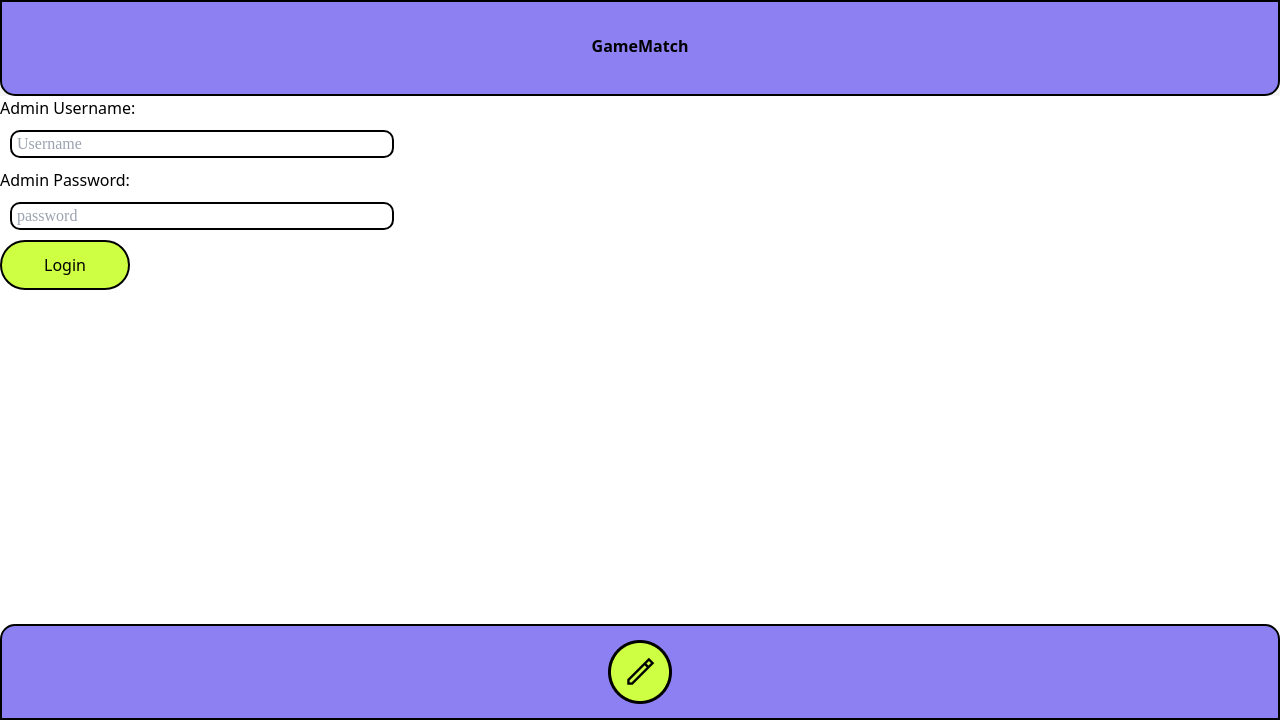
Repository: Yahya9102/Java22-ux22-Sideproject-main
Page: /admin
An editor plug-in stored every save of this project. The page is shown before and after the next save, followed by the edit.
The browser window is 1280 px wide. The pictures show the whole page.
The page's requests for data from a server got no answer. The project was rebuilt for these pictures with package versions that can differ from the ones it lists, and the page was loaded fresh each time. The framework's server and built-in components were replaced by stand-ins that run in the browser. No one was signed in, and anything a server would have sent is missing. Also part of the build but not shown: next.config.js.

Above is the page before, as saved 2023-05-04 13:29:21.

### pages/admin.tsx
import { NextPage } from "next"
import Header from "@/p-components/header"
import AdminPage from "@/p-components/AdminPage"
import MainFooter from "@/p-components/MainFooter"
import { User } from "@/types/users"

const Admin: NextPage<User> = ({}) => {
  return (
    <div>
      <Header />
      <AdminPage />
      <MainFooter />
    </div>
  )
}

export default Admin

### styles/globals.css
@tailwind base;
@tailwind components;
@tailwind utilities;

/* @import url("https://fonts.googleapis.com/css2?family=Space+Grotesk:wght@400;500;600;700&display=swap");
@import url("https://fonts.googleapis.com/css2?family=Space+Mono&display=swap");
@import url("https://fonts.googleapis.com/css2?family=Roboto+Condensed:wght@400;700&display=swap"); */

### p-components/header.tsx
import { NextPage } from "next"
import Image from "next/image"
import styles from "./styles/header.module.css"
// import "../media/hamburger-menu.png"

interface Props {}

const Header: NextPage<Props> = ({}) => {
  return (
    <div className={styles.header_background}>
      <header className={styles.header_body}>
        <div className={styles.menu_title}>
          <h1>
            <strong>GameMatch</strong>
          </h1>
        </div>
      </header>
    </div>
  )
}

export default Header

### p-components/AdminPage.tsx
import { NextPage } from "next"
import style from "p-components/styles/adminPage.module.css"
import { useEffect, useState } from "react"
import { User } from "@/types/users"
import router from "next/router"
import Breaks from "./breaks"
import styles from "p-components/styles/playerInfo.module.css"

const AdminPage: NextPage = () => {
  const [users, setUsers] = useState<User[]>([])
  const [selectedUser, setSelectedUser] = useState<User | null>(null)

  const ADMIN_USERNAME = process.env.NEXT_PUBLIC_ADMIN_USERNAME
  const ADMIN_PASSWORD = process.env.NEXT_PUBLIC_ADMIN_PASSWORD

  const [adminCredentials, setAdminCredentials] = useState({
    username: "",
    password: "",
  })

  const handleEditButtonClick = (user: User) => {
    setSelectedUser(user)
  }

  const handleLoginClick = () => {
    if (
      adminCredentials.username === ADMIN_USERNAME &&
      adminCredentials.password === ADMIN_PASSWORD
    ) {
      setShowForm(true)
      hideLoging()
    } else {
      alert("Invalid admin username or password")
    }
  }

  useEffect(() => {
    async function fetchData() {
      try {
        const response = await fetch("/api")
        const data = await response.json()
        if (Array.isArray(data)) {
          setUsers(data)
        } else {
          console.log("Data is not an array:", data)
        }
      } catch (error) {
        console.error("Error fetching data:", error)
      }
    }
    fetchData()
  }, [])

  const handleDeleteClick = async (id: string) => {
    const shouldDelete = window.confirm(
      "Are you sure you want to delete this user?"
    )
    console.log(id)
    if (shouldDelete) {
      try {
        const response = await fetch(`/api/deleteUser?id=${id}`, {
          method: "DELETE",
        })
        if (!response.ok) {
          throw new Error("Failed to delete user")
        }
        router.reload()
      } catch (error) {
        console.error("Error deleting user:", error)
      }
    }
  }

  const [editValues, setEditValues] = useState({
    id: "",
    name: "",
    location: "",
    title: "",
    post: "",
    discord: "",
  })

  //this is for the playerinfos below
  const [showForm, setShowForm] = useState(false)

  // this is for the loging to dissappear
  const [showLogin, setShowLogin] = useState(true)

  const hideLoging = () => {
    setShowLogin(false)
  }

  const handleChangeClick = async (user: User) => {
    setEditValues({
      id: user._id,
      name: user.name,
      location: user.location,
      title: user.title,
      post: user.post,
      discord: user.discord,
    })
    setShowForm(true)
  }
  const handleEditSubmit = async (_id: string, user: User) => {
    console.log(_id)
    try {
      const { name, location, title, post, discord } = editValues

      // Create an object with only the new values
      const userToUpdate: Partial<User> = {}
      if (name) userToUpdate.name = name
      if (location) userToUpdate.location = location
      if (title) userToUpdate.title = title
      if (post) userToUpdate.post = post
      if (discord) userToUpdate.discord = discord

      console.log(_id)
      const response = await fetch(
        `http://localhost:3000/api/editUser?id=${_id}`,
        {
          method: "PATCH",
          headers: {
            "Content-Type": "application/json",
          },
          body: JSON.stringify(userToUpdate),
        }
      )

      if (!response.ok) {
        throw new Error("Failed to edit user")
      }
      setShowForm(false)
      setSelectedUser(null)
      router.reload()
    } catch (error) {
      console.error("Error editing user:", error)
    }
  }

  return (
    <div>
      {showLogin && (
        <div>
          <fieldset>
            <label htmlFor="adminUsername">Admin Username:</label>
            <br />
            <input
              className={style.input_fields}
              type="text"
              name="adminUsername"
              id="adminUsername"
              value={adminCredentials.username}
              onChange={(e) =>
                setAdminCredentials({
                  ...adminCredentials,
                  username: e.target.value,
                })
              }
              placeholder="Username"
            />
            <br />
            <label className={style.label} htmlFor="adminPassword">
              Admin Password:
            </label>
            <br />
            <input
              className={style.input_fields}
              type="password"
              name="adminPassword"
              id="adminPassword"
              value={adminCredentials.password}
              onChange={(e) =>
                setAdminCredentials({
                  ...adminCredentials,
                  password: e.target.value,
                })
              }
              placeholder="password"
            />
            <br />
            <button
              className={styles.createpost_button}
              onClick={handleLoginClick}
            >
              Login
            </button>
          </fieldset>
        </div>
      )}

      {showForm &&
        Array.isArray(users) &&
        users.map((user) => (
          <fieldset
            className={style.fieldset_body}
            key={JSON.stringify(user._id)}
          >
            <table>
              <thead>
                <tr>
                  <th className={styles.tableHeader_PlayerInfo}>
                    {user.name}
                    <h6 className={styles.user_location}> {user.location}</h6>
                  </th>
                </tr>
              </thead>
              <tbody>
                {editValues.id === user._id ? (
                  <>
                    <tr>
                      <td>
                        <br />
                        <label htmlFor="name">Name</label>
                        <br />
                        <input
                          type="text"
                          name="name"
                          id="name"
                          value={editValues.name}
                          onChange={(e) =>
                            setEditValues({
                              ...editValues,
                              name: e.target.value,
                            })
                          }
                          className={style.input_fields}
                        />
                        <h6 className={styles.user_location}>
                          <label htmlFor="location">Location</label> <br />
                          <input
                            type="text"
                            name="location"
                            id="location"
                            value={editValues.location}
                            onChange={(e) =>
                              setEditValues({
                                ...editValues,
                                location: e.target.value,
                              })
                            }
                            className={style.input_fields}
                          />
                        </h6>
                      </td>
                    </tr>
                    <tr>
                      <td>
                        <label htmlFor="title">Title</label>
                        <br />
                        <input
                          type="text"
                          name="title"
                          id="title"
                          value={editValues.title}
                          onChange={(e) =>
                            setEditValues({
                              ...editValues,
                              title: e.target.value,
                            })
                          }
                          className={style.input_fields}
                        />
                        <br />
                        <textarea
                          name="post"
                          id="post"
                          value={editValues.post}
                          onChange={(e) =>
                            setEditValues({
                              ...editValues,
                              post: e.target.value,
                            })
                          }
                          className={style.input_fields}
                        ></textarea>
                      </td>
                    </tr>
                    <tr>
                      <td>
                        <div>
                          <nav>
                            <br />
                            <h2 className={styles.playerInfo_h2}>Contact</h2>
                            <br />
                            <label htmlFor="discord">Discord</label>
                            <br />
                            <input
                              type="text"
                              name="discord"
                              id="discord"
                              value={editValues.discord}
                              onChange={(e) =>
                                setEditValues({
                                  ...editValues,
                                  discord: e.target.value,
                                })
                              }
                              className={style.input_fields}
                            />
                          </nav>
                        </div>
                      </td>
                    </tr>
                  </>
                ) : null}
                <tr>
                  <td>
                    <p>ID: {JSON.stringify(user._id)}</p>
                    <button
                      onClick={() => handleDeleteClick(user._id.toString())}
                      className={styles.createpost_button}
                    >
                      Delete
                    </button>
                    <button
                      onClick={() => handleChangeClick(user)}
                      className={styles.createpost_button}
                    >
                      Edit
                    </button>
                    {editValues.id === user._id && (
                      <button
                        className={styles.createpost_button}
                        onClick={() =>
                          handleEditSubmit(user._id.toString(), user)
                        }
                      >
                        Save Changes
                      </button>
                    )}
                  </td>
                </tr>
              </tbody>
            </table>
          </fieldset>
        ))}
      <Breaks />
    </div>
  )
}

export default AdminPage

### p-components/MainFooter.tsx
import React from "react"
import styles from "./styles/mainFooter.module.css"
import { useRouter } from "next/router"
import Image from "next/image"
import navbarImage from "../public/posticon.png"

function MainFooter() {
  const router = useRouter()

  const handleCreateButtonClick = () => {
    router.push("/createUser")
  }

  return (
    <div>
      <nav className={styles.main_footer}>
        <button type="submit" onClick={handleCreateButtonClick}>
          <Image
            src={navbarImage}
            alt=""
            width={64}
            height={64}
            className={styles.image_post}
          />
        </button>
      </nav>
    </div>
  )
}

export default MainFooter

### p-components/styles/header.module.css
.header_body {
  display: flex;
  justify-content: center;
  border: 2px solid black;
  min-height: 6rem;
  max-height: 6rem;
  border-radius: 0px 0px 15px 15px;
  background-color: rgba(141, 128, 242, 1);
}

.menu_title {
  padding-top: 2rem;
  /* background-color: aqua; */
}

.header_background {
  background-color: #f5f5f5;
}

### p-components/styles/adminPage.module.css
.createpost_button {
  background-color: #ceff42;
  width: 130px;
  height: 50px;
  border-radius: 25px;
  border: solid 2px;
}

.input_fields {
  border: solid 2px;
  width: 30vw;
  border-radius: 10px;
  margin: 10px;
  font-family: "Space Grotesk";
  padding-left: 5px;
}

.fieldset_body {
  background: linear-gradient(
      to bottom,
      rgba(30, 30, 30, 1) 10%,
      transparent 20%
    ),
    radial-gradient(
      122.77% 122.77% at 24.1% -15.66%,
      rgba(63, 33, 182, 0.6) 0%,
      rgba(120, 60, 170, 0.144) 100%
    );
  border: 3px solid rgb(23, 9, 9);
  border-radius: 10px;
  padding: 10px;
  margin: 5px;
}

.input_fields {
  border: solid 2px;

  border-radius: 10px;
  margin: 10px;
  font-family: "Space Grotesk";
  padding-left: 5px;
}

### p-components/breaks.tsx
import { NextPage } from "next"

interface Props {}

const Breaks: NextPage<Props> = ({}) => {
  return (
    <div>
      <br />
      <br />
      <br />
      <br />
    </div>
  )
}

export default Breaks

### p-components/styles/playerInfo.module.css
/* Add a background color and border to the fieldset */

@import url("https://fonts.googleapis.com/css2?family=Space+Mono&display=swap");
@import url("https://fonts.googleapis.com/css2?family=Roboto+Condensed:wght@400;700&display=swap");

.fieldset_body {
  background: linear-gradient(to bottom, rgba(30, 30, 30, 1) 23%, #f9f9f9 20%);
  border: 3px solid rgb(23, 9, 9);
  border-radius: 10px;
  padding: 10px;
  margin: 5px;
}
/*
.table_button {
  background-color: #c1dff2;
  border-radius: 4px;
  padding: 5px 10px;
  margin-left: 75%;
}
*/

.user_location {
  font-size: 11px;
  font-weight: 400;
  font-family: "Space Grotesk";
  margin-bottom: 10%;
}

.tableHeader_PlayerInfo {
  font-family: "Space Grotesk";
  font-size: 17px;
  font-weight: 500;
  text-align: left;
  color: rgba(245, 245, 245, 1);
  padding-left: 5%;
}

/*
.table_button_wrapper {
  align-items: center;
  color: red;
}

.heartimage {
  background-image: none;
  width: 7%;
  margin-top: 4px;
}
*/
.playerInfo_h2 {
  font-family: "Space Grotesk";
  font-weight: 600;
  padding-left: 5%;
}

.playerInfo_h2_title {
  font-family: "Space Grotesk";
  font-weight: 700;
  font-size: 20px;
  padding-left: 5%;
}

.playerInfo_p {
  font-family: "Space Grotesk";
  font-size: 17px;
  font-weight: 400;
  padding-left: 5%;
}

.createpost_button {
  background-color: #ceff42;
  width: 130px;
  height: 50px;
  border-radius: 25px;
  border: solid 2px;
}

### p-components/styles/mainFooter.module.css
.main_footer {
  background-color: rgba(141, 128, 242, 1);
  height: 6rem;
  width: 100%;
  display: flex;
  border-radius: 15px 15px 0px 0px;
  border: 2px solid black;
  justify-content: center;
  position: fixed;
  bottom: 0;
}

Loaded but not shown: pages/_app.tsx (common file); pages/_document.tsx (common file); tailwind.config.js (common file)

After the next save:
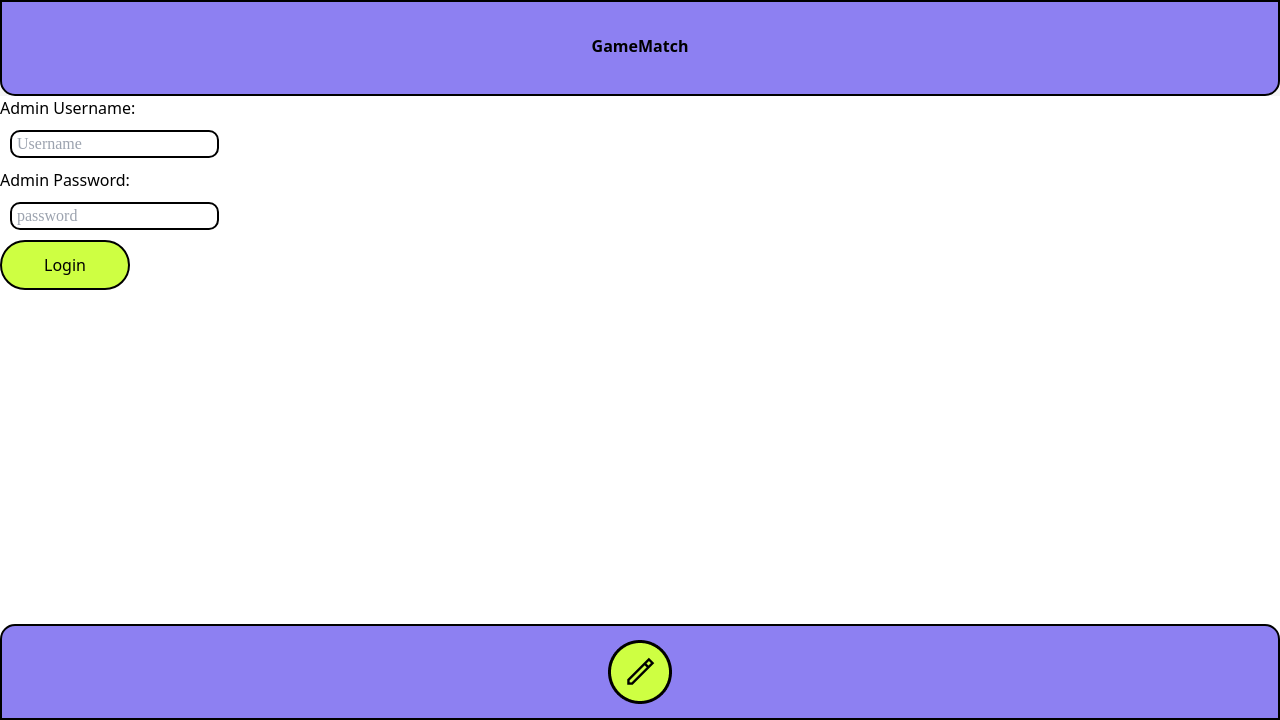
Saved 22 s later.
--- a/p-components/styles/adminPage.module.css
+++ b/p-components/styles/adminPage.module.css
@@ -4,15 +4,6 @@
   height: 50px;
   border-radius: 25px;
   border: solid 2px;
-}
-
-.input_fields {
-  border: solid 2px;
-  width: 30vw;
-  border-radius: 10px;
-  margin: 10px;
-  font-family: "Space Grotesk";
-  padding-left: 5px;
 }
 
 .fieldset_body {
